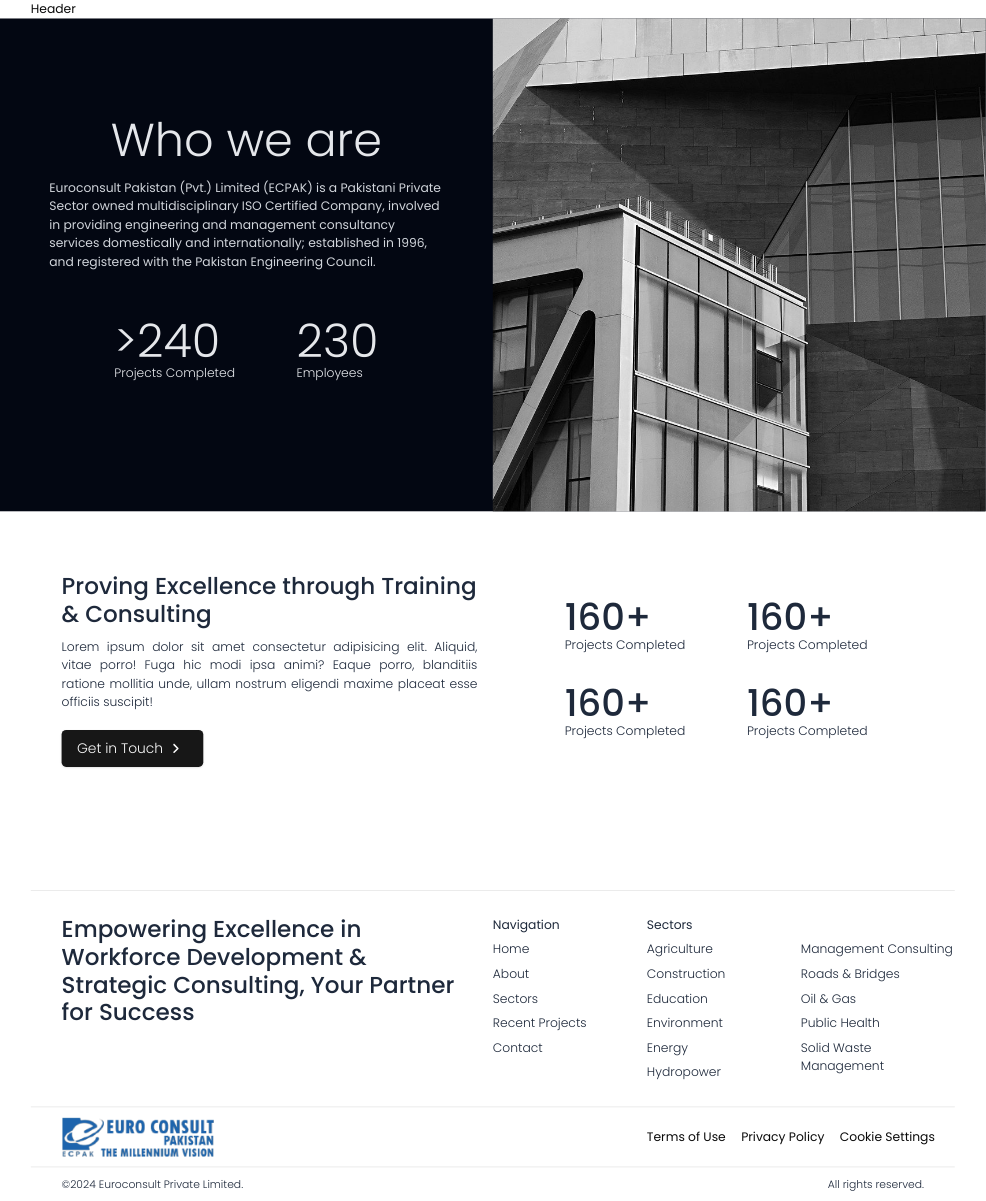
Repository: EMDC-24/ecglobalwebsite19
Page: /about
The author's editor kept a copy of each file at every save. The page is drawn from the files as they stood at one save, then again after the next save.
The browser window is 1280 px wide. The pictures show the whole page, at 77% of full size.
The project was rebuilt for these pictures with package versions that can differ from the ones it lists, and the page was loaded fresh each time. The framework's server and built-in components were replaced by stand-ins that run in the browser. Also part of the build but not shown: next.config.mjs.

Above is the page before, as saved 2024-09-17 22:47:37.

After the next save:
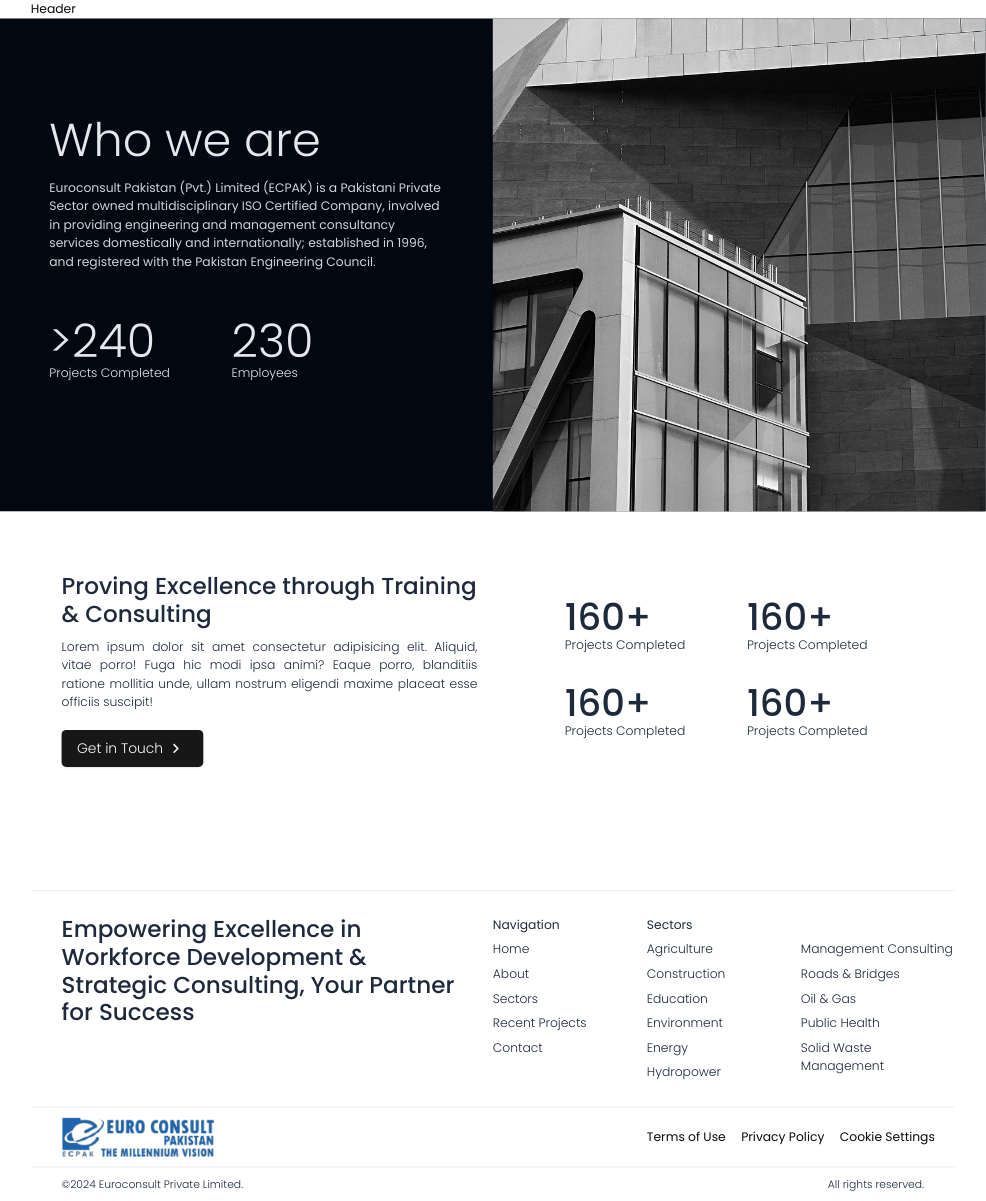
Saved 4 s later.
--- a/app/about/page.tsx
+++ b/app/about/page.tsx
@@ -8,7 +8,7 @@
     <div>
         <Header />
         <div className="w-full bg-gray-950 flex flex-row h-[640px]">
-        <div className="w-1/2 flex flex-col p-16 gap-5 items-center justify-center">
+        <div className="w-1/2 flex flex-col p-16 gap-5  justify-center">
         <h1 className="text-6xl text-gray-200 font-light">Who we are</h1>
         <p className="text-gray-300">Euroconsult Pakistan (Pvt.) Limited (ECPAK) is a Pakistani Private Sector owned multidisciplinary ISO Certified Company, involved in providing engineering and management consultancy services domestically and internationally; established in 1996, and registered with the Pakistan Engineering Council.</p>
         <div className="flex flex-row gap-20 my-10">
